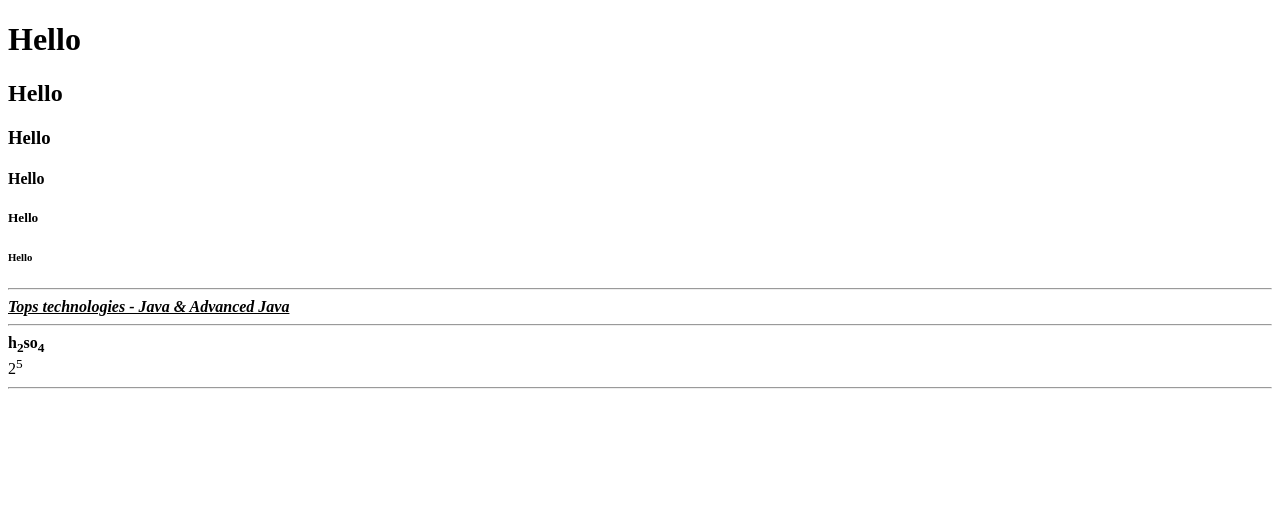
Repository: Chintan-elite/Java_Shail
Page: Learning_web/src/main/webapp/index.html
An editor plug-in stored every save of this project. The page is shown before and after the next save, followed by the edit.
The browser window is 1280 px wide. The pictures show the whole page.

Above is the page before, as saved 2023-09-08 12:03:20.

After the next save:
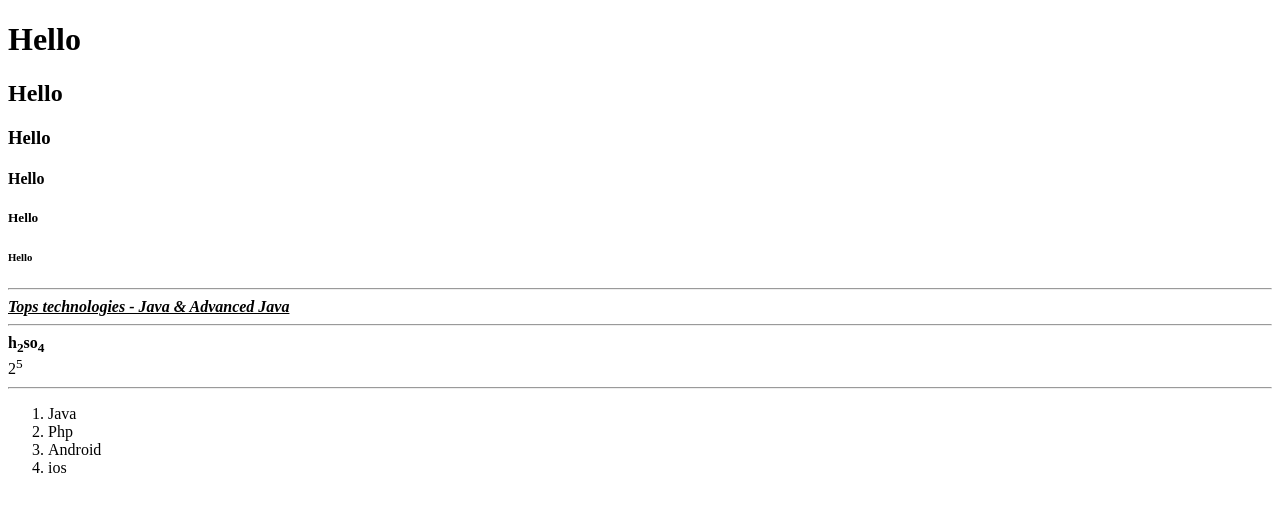
Saved 66 s later.
--- a/Learning_web/src/main/webapp/index.html
+++ b/Learning_web/src/main/webapp/index.html
@@ -24,6 +24,16 @@
 
 	<hr>
 
+	<ol>
+	<li>Java</li>
+	<li>Php</li>
+	<li>Android</li>
+	<li>ios</li>
+	</ol>
+
+
+
+
 
 
 
